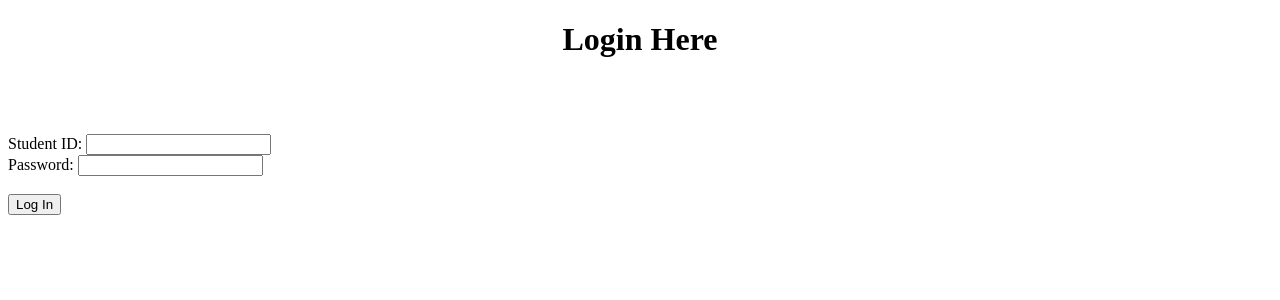
Repository: weshayutin/java258Online
Page: http://localhost/Week5Assignment/schedule.do
An editor plug-in stored every save of this project. The page is shown before and after the next save, followed by the edit.
The browser window is 1280 px wide. The pictures show the whole page.
The page is served by Tomcat 9.

Above is the page before, as saved 2011-02-09 05:43:34.

After the next save:
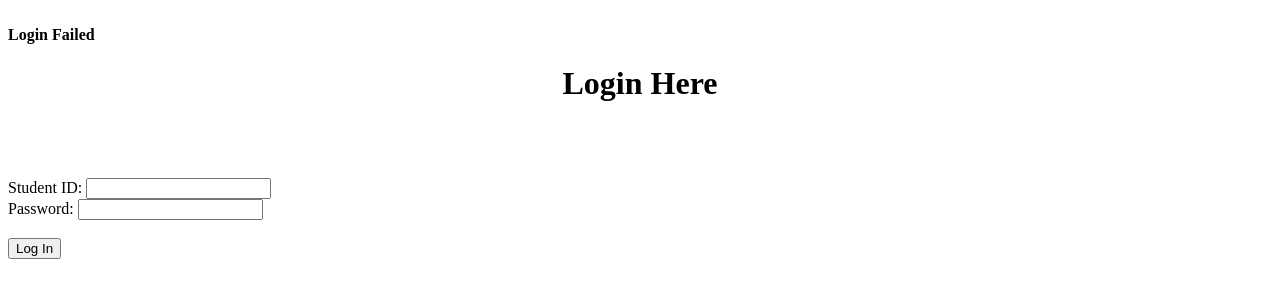
Saved 2 min 37 s later.
--- a/workspace/Week5Assignment/src/com/waketech/web/Schedule.java
+++ b/workspace/Week5Assignment/src/com/waketech/web/Schedule.java
@@ -44,7 +44,7 @@
 		if(name == ""){
 			String myRefferingPage = "Reffering Page ="+request.getHeader("Referer");
 			System.out.println(myRefferingPage);
-			request.setAttribute("myRefferringPage", "Login Failed");
+			request.setAttribute("message", "Login Failed");
 			RequestDispatcher view =  request.getRequestDispatcher("login.jsp");
 			view.forward(request,response);
 		}

After the 2 saves that followed:
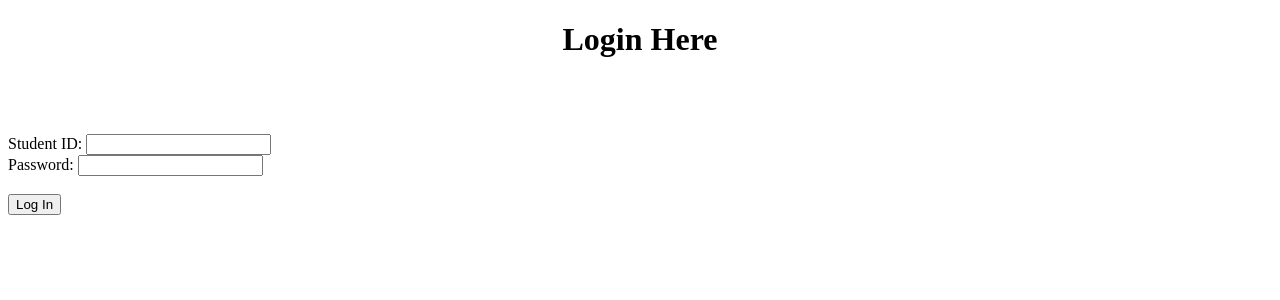
The 2 saves are shown as one change because 1 left the picture as it was.
The last was saved 3 min 45 s later.
--- a/workspace/Week5Assignment/src/com/waketech/web/Schedule.java
+++ b/workspace/Week5Assignment/src/com/waketech/web/Schedule.java
@@ -41,10 +41,11 @@
 		VerifyCookies verify = new VerifyCookies();
 		name = verify.verifyThisCookie(cookies,session);
 
+		String myRefferingPage = "Reffering Page ="+request.getHeader("Referer");
+		System.out.println(myRefferingPage);
+		request.setAttribute("myRefferringPage", myRefferingPage);
+
 		if(name == ""){
-			String myRefferingPage = "Reffering Page ="+request.getHeader("Referer");
-			System.out.println(myRefferingPage);
-			request.setAttribute("message", "Login Failed");
 			RequestDispatcher view =  request.getRequestDispatcher("login.jsp");
 			view.forward(request,response);
 		}
